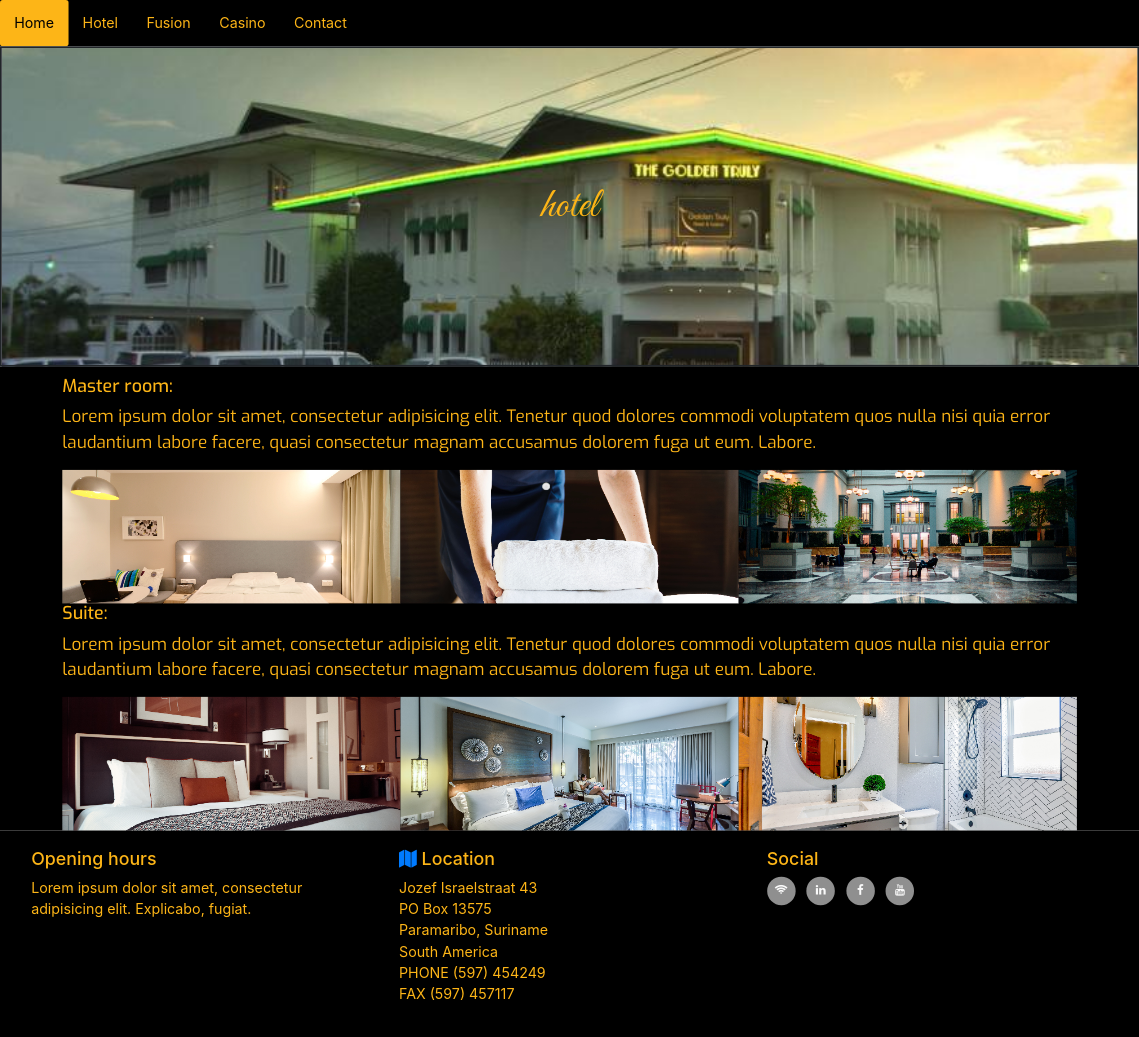
Repository: Code-Institute-Submissions/anthonycaf-Milestone1
Page: hotel.html
The author's editor kept a record of every edit. The page is drawn from the files as they stood at one moment, then again after the next edit.
The browser window is 1280 px wide. The pictures show the whole page, at 89% of full size.

Above is the page before.

After the next edit:
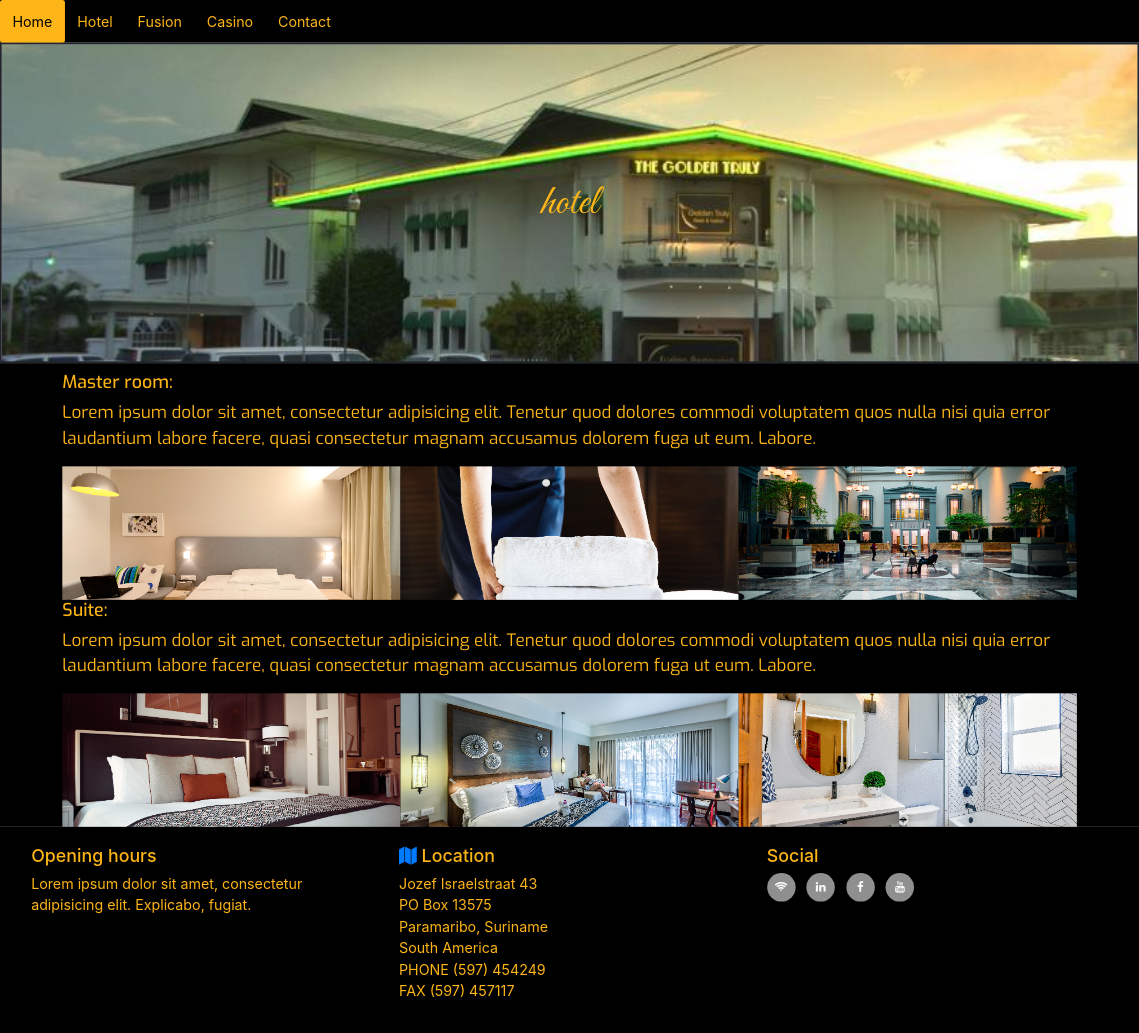
The edit:
--- a/css/style.css
+++ b/css/style.css
@@ -98,7 +98,7 @@
   display: inline-block;
   color: #fdb517;
   text-align: center;
-  padding: 14px 16px;
+  padding: 12px 14px;
   text-decoration: none;
 }
 
